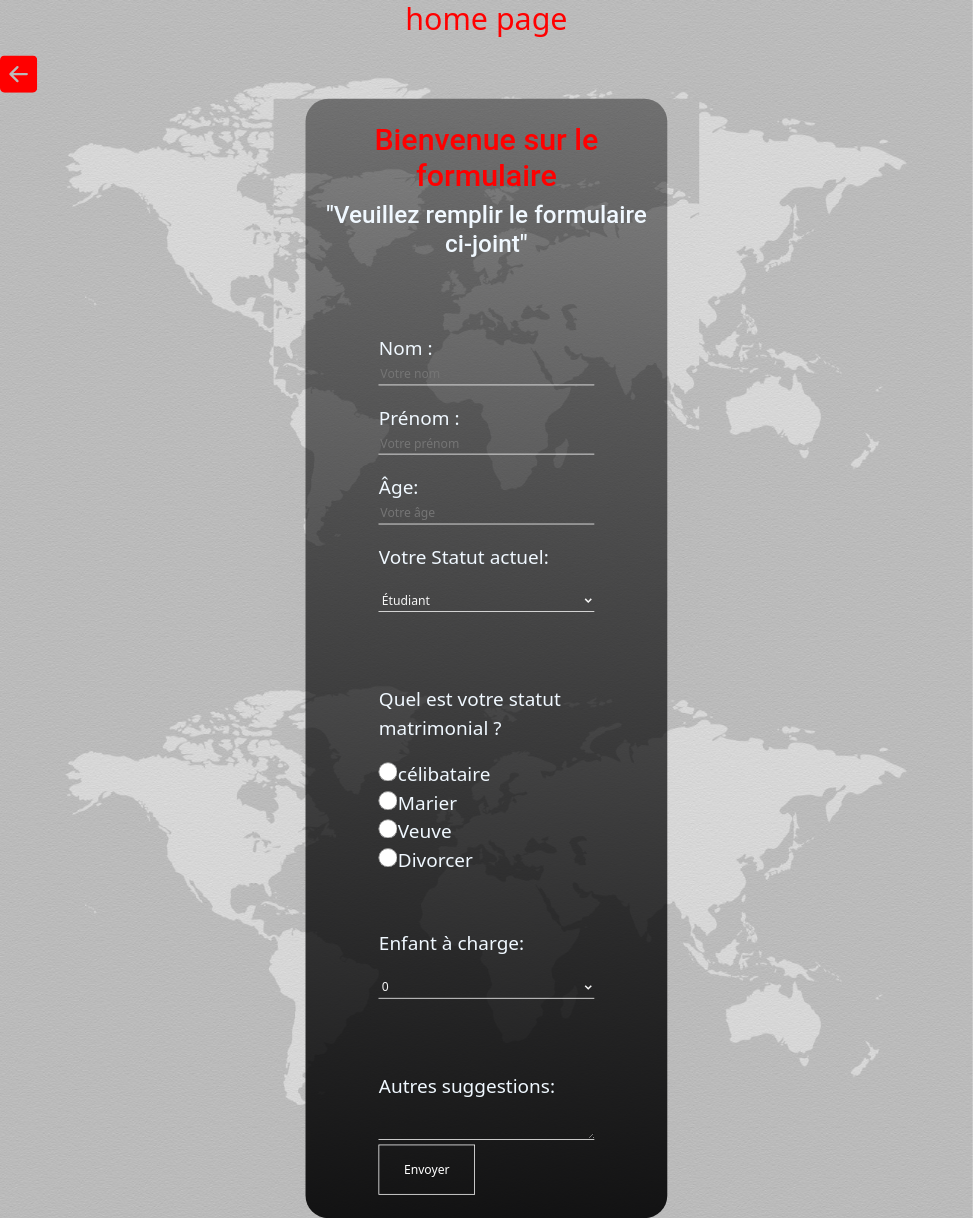
Repository: Eryker/React-Project
Page: /homepage
The author's editor kept a copy of each file at every save. The page is drawn from the files as they stood at one save, then again after the next save.
The browser window is 1280 px wide. The pictures show the whole page, at 76% of full size.
Backgrounds fixed to the window are drawn as part of the page. The project was rebuilt for these pictures with package versions that can differ from the ones it lists, and the page was loaded fresh each time. Also part of the build but not shown: src/App.css, src/components/Drapeausect.jsx, src/pages/Besoin.jsx.

Above is the page before, as saved 2021-10-21 09:16:28.

After the next save:
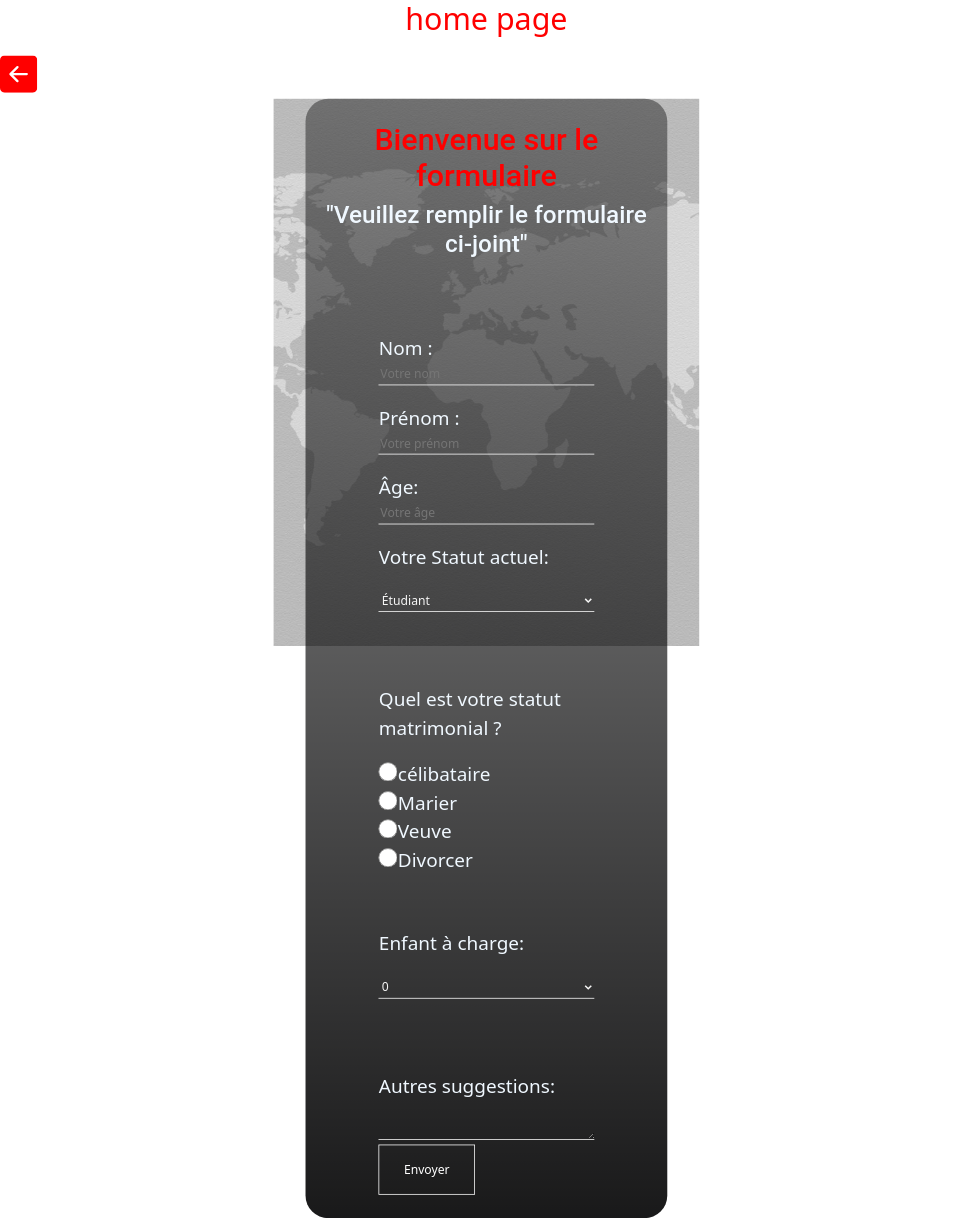
Saved 15 s later.
--- a/src/components/styles/cards.css
+++ b/src/components/styles/cards.css
@@ -1,9 +1,4 @@
-body{
-    background-image: url('../../public/assets/images/world.jpg');
-      background-attachment: fixed;
-      background-position: center;
-      background-size: cover;
-  }
+
 
   #title{
       text-align: center;

After the save that followed:
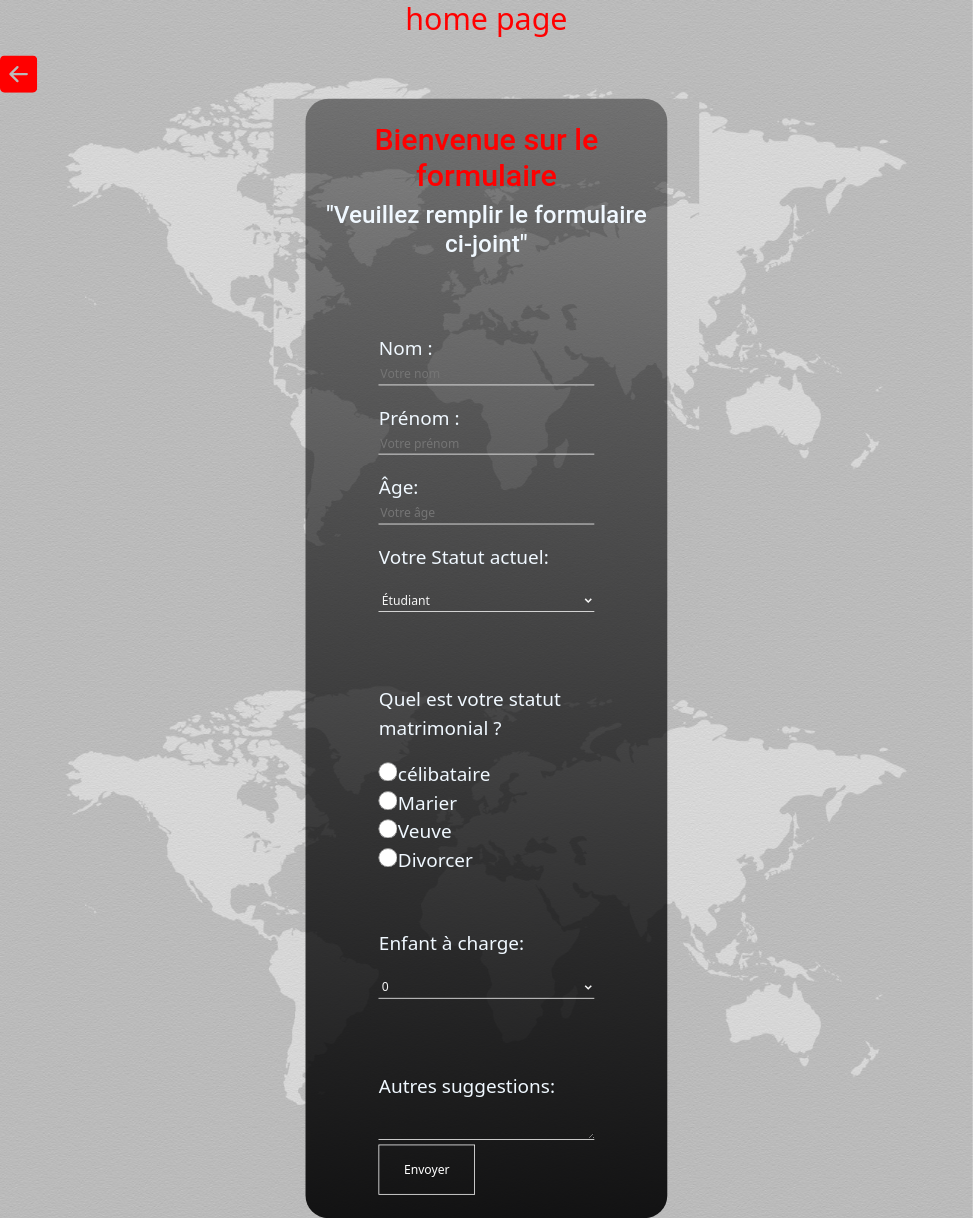
Saved 30 s later.
--- a/src/components/styles/cards.css
+++ b/src/components/styles/cards.css
@@ -1,4 +1,9 @@
-
+body{
+    background-image: url('../../public/assets/images/world.jpg');
+      background-attachment: fixed;
+      background-position: center;
+      background-size: cover;
+  }
 
   #title{
       text-align: center;
